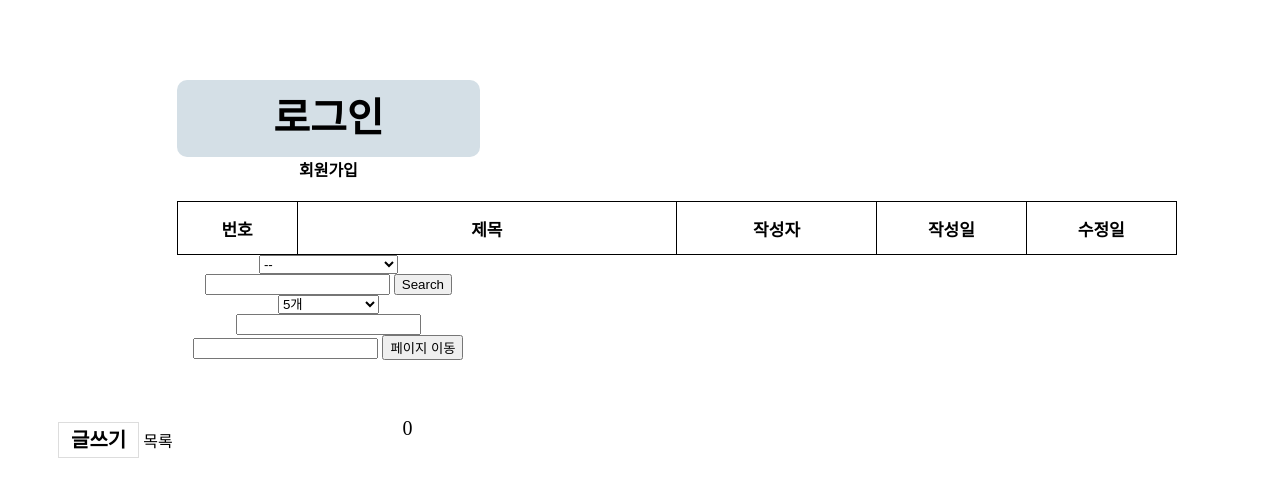
Repository: Shim-YoungDo/gaea-study
Page: http://localhost/study/WEB-INF/views/board/list.jsp
These files come from the project's save history. The page is drawn as it stood at one moment and after the next save; the edit follows.
The browser window is 1280 px wide. The pictures show the whole page.
The page is served by Tomcat 9. Nobody is signed in. The template is opened directly, without the code that normally fills it, so the values that code supplies are empty.

Above is the page before, as saved 2021-12-07 05:02:36.

After the next save:
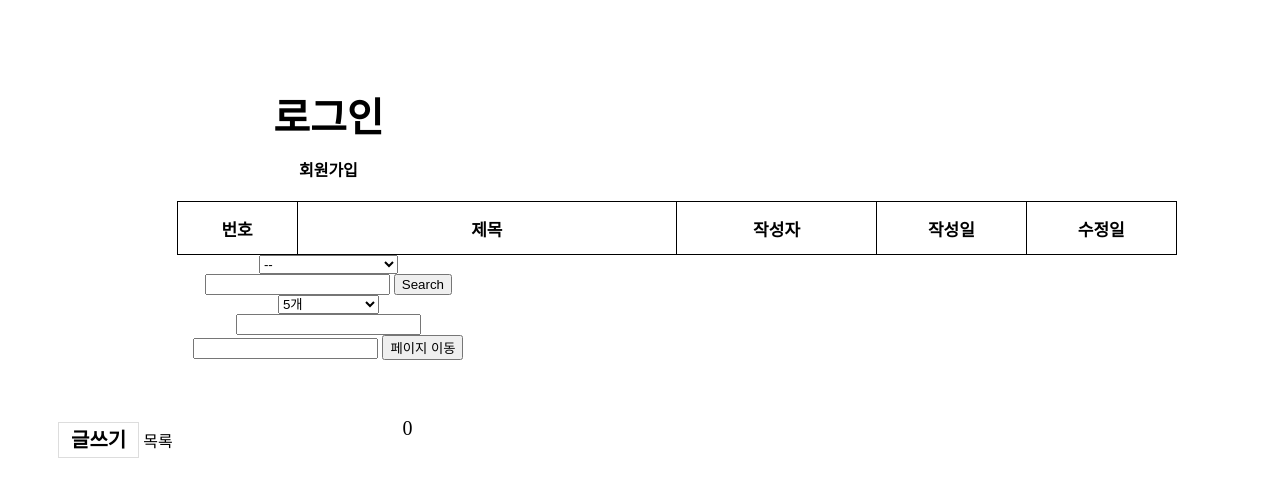
Saved 51 s later.
--- a/study/src/main/webapp/resources/css/board/list.css
+++ b/study/src/main/webapp/resources/css/board/list.css
@@ -61,7 +61,7 @@ a{
 }
   .login_button{
   	height:50%;
-	background-color:#D4DFE6;
+	background-color:#fff;
 	margin-top:30px;
 	line-height:77px;
 	font-size:40px;
